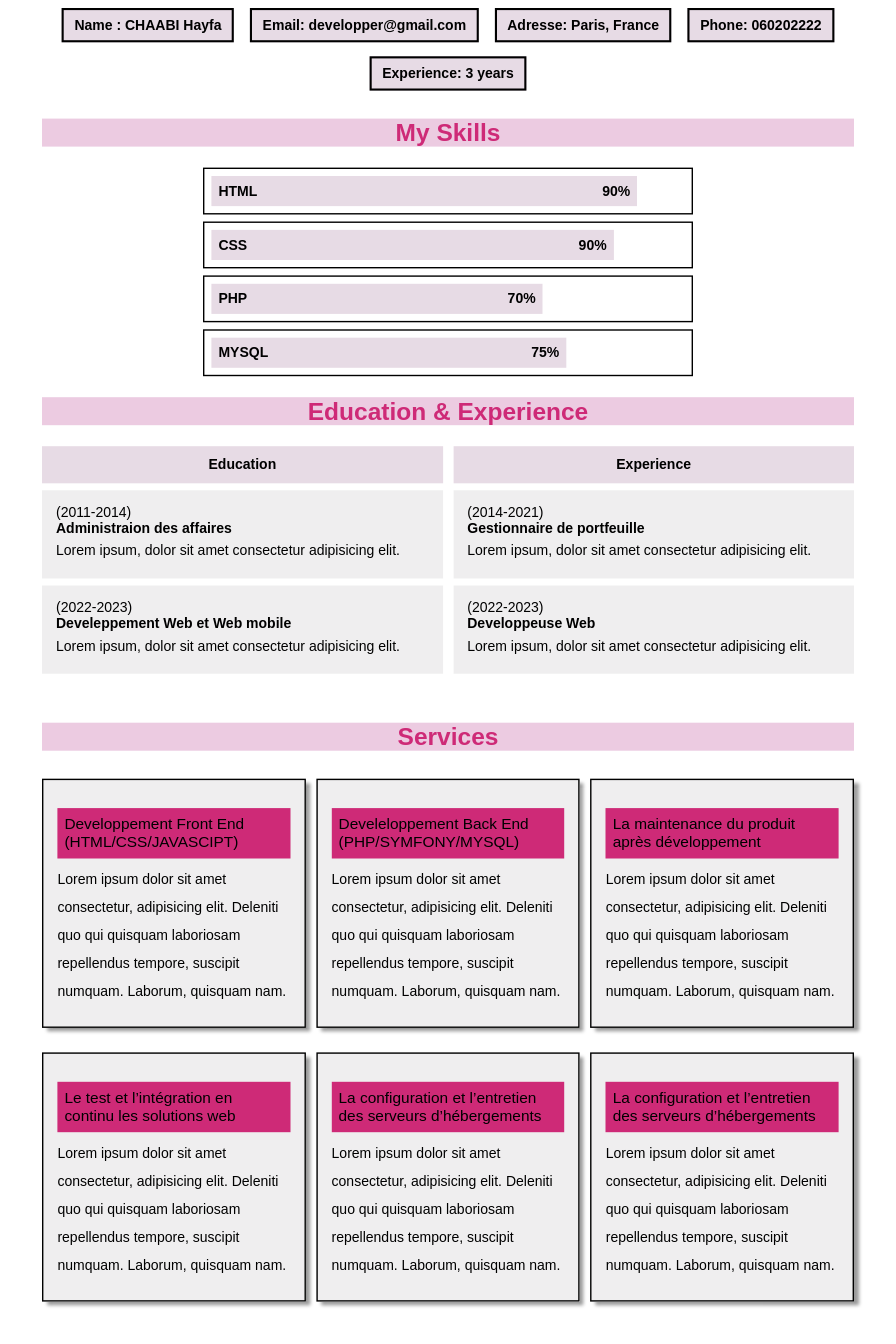
Repository: haifabilel/portfolio_project
Page: http://localhost/
These files come from the project's save history. The page is drawn as it stood at one moment and after a run of saves; the edit follows.
The browser window is 1280 px wide. The pictures show the part of the page from y = 758 to 2678 px (the page is 2678 px tall), at 70% of full size.
Some web fonts or font styles are not loaded; a fallback is used. The page is run by PHP 8.4 with error messages shown; the project is at /var/www/html/.

Above is the page before, as saved 2023-09-17 14:39:31.

### index.php
<!DOCTYPE html>
<html lang="fr">
<head>
    <meta charset="UTF-8">
    <meta name="viewport" content="width=device-width, initial-scale=1.0">
    <title>Portfolio</title>
    <!-- Font awesome cdn -->
    <link rel="stylesheet" href="https://cdnjs.cloudflare.com/ajax/libs/font-awesome/6.4.2/css/all.min.css">
    <!-- css link -->
    <link rel="stylesheet" href="css/style.css"
</head>
<body>
<!-- Header Section Starts -->
<header class="header">
<div id="menu-btn" class="fas fa-bars"></div>

    <a href="#home" class="logo">
       <img src="asset/logo.png" class="logo" alt="image-logo">
    </a>
<nav class="navbar">
    <a href="#home"class="active">Home</a>
    <a href="#about">About me</a>
    <a href="#portfolio">portfolio</a>
    <a href="#contact">Contact me</a>
</nav>
<div class="follow">
<a href="#" class="fab fa-facebook"></a>
<a href="#" class="fab fa-twitter"></a>
<a href="#" class="fab fa-instagram"></a>
<a href="#" class="fab fa-linkedin"></a>
<a href="#" class="fab fa-github"></a>
</div>
</header>

<!-- Header Section Ends -->
<!-- Home Section Starts -->
<section class="home" id="home">
    <div class="image">
        <img src="asset/photo-femme.jpg" alt="photo-femme" class="image-profil" >
    </div>
 <div class="content">
    <h1>Welcome, i am hayfa</h1>
    <p class="developper">Web Developper</p>
    <p>Lorem, ipsum dolor sit amet consectetur adipisicing elit. Placeat in molestias fuga voluptatem qui reiciendis vero doloribus consequatur recusandae! Natus.</p>
    <a href="#about" class="btn">About me</a>
 </div>
</section>
<!-- Home Section Ends -->
<!-- about Section Starts -->
<section class="about"  id="about">
    <h2 class="myBio">Biography</h2>
    <div class="biography">
        <p>Lorem ipsum dolor sit amet consectetur adipisicing elit.
             Fugiat quas quis eius cupiditate ducimus ut id maxime sunt nobis magni? </p>
        <h3> Name : CHAABI Hayfa </h3>
        <h3> Email: developper@gmail.com </h3>
        <h3> Adresse: Paris, France </h3>
        <h3> Phone: 060202222 </h3>
        <h3> Experience: 3 years </h3>
    </div>
<div class="skills">
<h2 class="myskills">My Skills</h2>
<div class="progress">
    <div class="bar"><h3><span>HTML</span><span>90%</span></h3></div>
    <div class="bar"><h3><span>CSS</span><span>90%</span></h3></div>
    <div class="bar"><h3><span>PHP</span><span>70%</span></h3></div>
    <div class="bar"><h3><span>MYSQL</span><span>75%</span></h3></div>
</div>
</div>

<div class="education_experienes">
     <h2 class="myskills">Education & Experience</h2>
    <div class="row">
        <div class="box_container">
            <h3 class="titre">Education</h3>
            <div class="box">
                <span>(2011-2014)</span>
                <h4>Administraion des affaires</h4>
                <p>Lorem ipsum, dolor sit amet consectetur
                    adipisicing elit.</p>
            </div>

            <div class="box">
                <span>(2022-2023)</span>
                <h4>Develeppement Web et Web mobile</h4>
                <p>Lorem ipsum, dolor sit amet consectetur
                    adipisicing elit.</p>
            </div>
        </div>

        <div class="box_container">
            <h3 class="titre">Experience</h3>
            <div class="box">
                <span>(2014-2021)</span>
                <h4>Gestionnaire de portfeuille</h4>
                <p>Lorem ipsum, dolor sit amet consectetur
                    adipisicing elit.</p>
            </div>

            <div class="box">
                <span>(2022-2023)</span>
                <h4>Developpeuse Web</h4>
                <p>Lorem ipsum, dolor sit amet consectetur
                    adipisicing elit.</p>
            </div>
        </div>
    </div>
</div>
</section>
<!-- about Section Ends -->
<!-- Services Section starts -->
<section class="services" id="services">
<h2 class="myservice">Services</h2>
<div class="box-container">
    <div class="box">
        <h3>Developpement Front End (HTML/CSS/JAVASCIPT)</h3>
        <p>Lorem ipsum dolor sit amet consectetur, adipisicing elit. Deleniti quo qui quisquam laboriosam repellendus tempore,
            suscipit numquam. Laborum, quisquam nam.</p>
    </div>

    <div class="box">
        <h3>Develeloppement Back End (PHP/SYMFONY/MYSQL)</h3>
        <p>Lorem ipsum dolor sit amet consectetur, adipisicing elit. Deleniti quo qui quisquam laboriosam repellendus tempore,
            suscipit numquam. Laborum, quisquam nam.</p>
    </div>

    <div class="box">
        <h3>La maintenance du produit après développement</h3>
        <p>Lorem ipsum dolor sit amet consectetur, adipisicing elit. Deleniti quo qui quisquam laboriosam repellendus tempore,
            suscipit numquam. Laborum, quisquam nam.</p>
    </div>
    <div class="box">

        <h3>Le test et l’intégration en continu les solutions web</h3>
        <p>Lorem ipsum dolor sit amet consectetur, adipisicing elit. Deleniti quo qui quisquam laboriosam repellendus tempore,
            suscipit numquam. Laborum, quisquam nam.</p>
    </div>
    <div class="box">
        <h3>La configuration et l’entretien des serveurs d’hébergements</h3>
        <p>Lorem ipsum dolor sit amet consectetur, adipisicing elit. Deleniti quo qui quisquam laboriosam repellendus tempore,
            suscipit numquam. Laborum, quisquam nam.</p>
    </div>
    <div class="box">
        <h3>La configuration et l’entretien des serveurs d’hébergements</h3>
        <p>Lorem ipsum dolor sit amet consectetur, adipisicing elit. Deleniti quo qui quisquam laboriosam repellendus tempore,
            suscipit numquam. Laborum, quisquam nam.</p>
    </div>
</div>
</section>



<!-- Services Section ends -->











<script src="js/script.js"></script>
</body>
</html>

### css/style.css
@import url('https://fonts.googleapis.com/css2?family=Crimson+Text:wght@400;600&family=EB+Garamond:wght@400;500;600&family=Lora:ital@1&family=Nanum+Myeongjo:wght@400;700;800&family=Poppins:ital,wght@1,200;1,300;1,400;1,500&display=swap');
:root{
    --black:#000;
    -white:#fff;
    --pinkLight:#ce2a77;
    --pink:#8e6787;
    --light-bg:#eccbe1;
    --light-bg2:#dccad8ab;
    --border-bold:.4rem solid var(--pink);
    --box--shadow:7px 6px 5px 0px rgba(0,0,0,0.4);
}
*{
    font-family: 'EB Garamond', 'Arial',' sans-serif';
    margin: 0;
    padding:0;
    box-sizing: border-box;
    outline:none;
    border:none;
    text-decoration:none;

}
*{
    background-color: var(--white);

}
*::-webkit-scrollbar{
    height:.5rem;
    width:1rem;
   }
*::-webkit-scrollbar-track{
    background-color: transparent;
}
*::-webkit-scrollbar-thumb{
    background-color: var(--pink);
}
html{
    font-size:62.5%;
    overflow-x: hidden;
    scroll-behavior: smooth;
}
section{
    padding:3rem 2rem;
    margin:0 auto;
    max-width:1200px;
    text-align: center;

}
body{
margin: 20px;
 overflow: hidden;
 transition:.2s linear !important;
 text-align: center;
}
body.active{
  padding-left:35rem;
}

/* <!-- Body Section Ends --> */
/* <!-- Header Section Starts --> */
.header{
    position:fixed;
    top:0;left:-35rem;
    height:100vh;
    background-color:var(--white);
    border-right:var(--border-bold);
    width:35rem;
    padding:3rem 2rem;
    text-align:center;
    display: flex;
    align-items: center;
    justify-content: space-between;
    flex-flow: column;
    transition:.2s linear !important;
    text-align: center;

}
header .navbar{
    width: 100%;


}
header .navbar a{
    text-decoration: none;
    font-size: 2.5rem;
    padding:1.5rem;
    margin:3rem;
    display:block;

}
header .navbar a.active,
header .navbar a:hover{
 background-color: #f0aae46b;
 transform: scale(1.2);
}
.header .follow a{
    font-size:2.5rem;
    margin:0 1rem;
    color:#8a427d;
}
.header .follow a:hover{
    transform: scale(2.1);
}
#menu-btn{
   position: absolute;
   top:0; right:-5.5rem;
   height:4.5rem;
   line-height: 4.5rem;
   width:5rem;
   font-size: 3rem;
   cursor: pointer;
   color: var(--white);
}
.logo{
    margin-top: -30px;
    height: 190px;
}
header.active{
   left:0;
}
/* Header Section Ends */
 /* Home Section Starts  */
.home{
    margin-top:-70px;
    margin-bottom: -50px;
    display:flex;
    align-items: center;
    flex-wrap:wrap;
    gap:2rem;
    min-height: 100vh;
}
h1{
    font-size: 5rem;
    text-transform:capitalize;
}

.developper{
    color:#8a427d;
    font-size: 4rem;
}
p{
    font-size: 2rem;
}
.home .image img{
    height:45rem;
    padding:1rem;
    margin:30px;
    border :5px solid black;

}
.home .image{
    flex:1 1 40rem;
}
.home .content{
    flex:1 1 40rem;
}
.btn{
    display: inline-block;
    margin-top:1rem ;
    cursor: pointer;
    padding:1rem 3rem;
    background-color: #8a427d;
    color:#fff;
    border-radius: 5px;
    font-size: 2.5rem;
}
.btn:hover{
    transform: scale(1.1);
    transition: 0.5s;
}
/* Home Section Ends */
/* About section starts */
h2{

    margin-bottom:3rem;
    text-align: center;
    font-size: 3.5rem;
    color: var(--pinkLight);
    background-color: var(--light-bg);

}
h3{
    font-size: 2rem;
}
.biography p{
    margin:1rem auto;
    max-width:70rem;
    line-height:1.5rem;
    font-size:1.7rem;
    font-size: large;
}
.biography{
    margin-top: 1rem;
}
.biography h3{
    padding:1rem 1.5rem;
    display: inline-block;
    margin:1rem;
    background-color:var(--light-bg2);
    word-break:break-all;
    font-size:2rem;
    border:3px solid var(--black);
}
/* My Skills part starts */
.about .skills{
    margin:3rem 0;

}
.skills .progress{
  margin-top: 1rem;
}
.skills .progress .bar{
margin:1rem auto;
max-width: 70rem;
border:2px solid black;
padding:1rem;


}
.bar span{
 font-size: 2rem;
}
.skills .progress .bar h3{
    display: flex;
    align-items: center;
    justify-content: space-between;
    background-color: var(--light-bg2);
    padding: 1rem;
}
.skills .progress .bar:nth-child(1) h3{
   width:90%;
}
.skills .progress .bar:nth-child(2) h3{
    width:85%;
 }
 .skills .progress .bar:nth-child(3) h3{
    width:70%;
 }
 .skills .progress .bar:nth-child(4) h3{
    width:75%;
 }
 /* My Skills part ends */
 /* Education & Experience part starts */
 .education_experienes .row{
    display:flex;
    flex-wrap: wrap;
    gap:1.5rem;
 }
 .row .box_container{
   flex:1 1 40rem;
 }
 .box{
    text-align: left;
    margin:1rem 0;
    padding:2rem;
    background-color: #a9a4a92f;

 }
 .titre{
    padding: 1.5rem;
    font-size:2rem;
    background-color:var(--light-bg2);
 }
 .box h4{
    font-size:2rem;
 }
 .box span{
    font-size:2rem;
 }
/* About section ends */
/* Section SServices starts */
.services .box-container{
    display:grid;
    grid-template-columns: repeat(auto-fit, minmax(30rem,1fr));
    gap:1.5rem;
    align-items:flex-start;
}
.services .box-container .box{
 padding: 3rem 2rem;
 border: 2px solid black;
 box-shadow: var(--box--shadow);
}
.services .box-container .box:hover{
    background-color: #00000076;
    color: white;

}

.box h3{
    margin:1rem 0;
    font-size:2.2rem;
    padding:1rem;
    background-color: var(--pinkLight);
    font-weight: normal;
}
.box p{
    line-height:2 ;
    font-size:2rem;
}

/* Section SServices ends */







/* media queries */
@media screen and (max-widht:991px){
    html{
        font-size: 55%;
    }
    body .active{
        padding-left: 0;
    }

}

@media screen and (max-widht:450px){

    html{
        font-size: 50%;
    }
    .header.active{
        padding-top:7rem;
    }
    #menu-btn.fa-times{
        right:0;
    }
    .home .image img{
     height:auto;
     width:100%;

    }

    .content h1{
        font-size:2rem;
    }
     h2{
        font-size: 1rem;
        margin-top:50px;
    }
   }

### js/script.js
let menu = document.querySelector('#menu-btn');
let header = document.querySelector('.header');

// Button toggle
menu.onclick = () =>{
   menu.classList.toggle('fa-times');
   header.classList.toggle('active');
   document.body.classList.toggle('active');
}

window.onscroll = () =>{
    if(window.innerWidth < 991){
        menu.classList.remove('fa-times');
        header.classList.remove('active') ;
        document.body.classList.remove('active');
    }
}

After the next 3 saves:
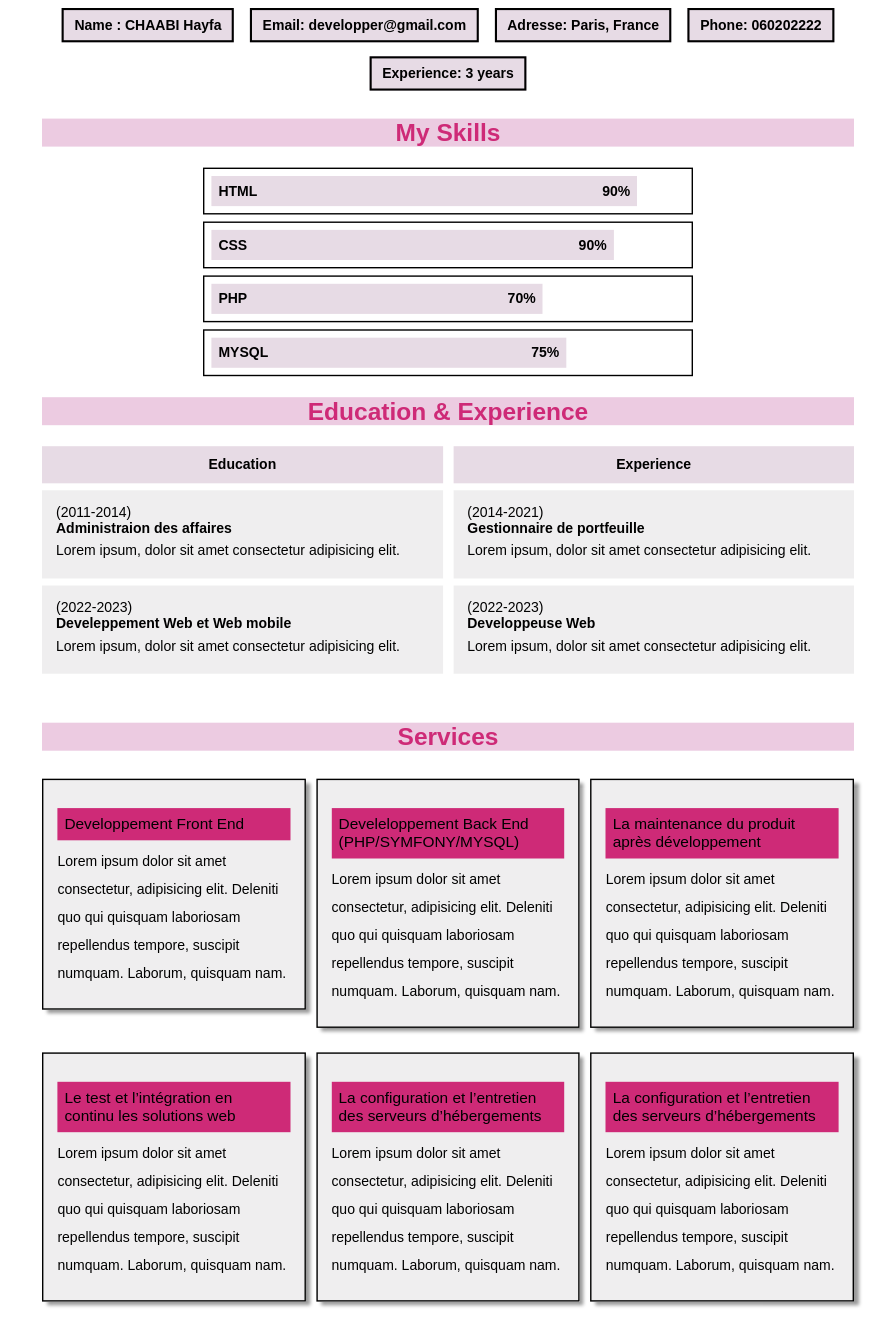
The 3 saves are shown as one change because they came seconds apart.
The last was saved 2 min 18 s later.
--- a/index.php
+++ b/index.php
@@ -113,7 +113,9 @@
 <h2 class="myservice">Services</h2>
 <div class="box-container">
     <div class="box">
-        <h3>Developpement Front End (HTML/CSS/JAVASCIPT)</h3>
+        <h3>Developpement Front End
+            <i></i>
+        </h3>
         <p>Lorem ipsum dolor sit amet consectetur, adipisicing elit. Deleniti quo qui quisquam laboriosam repellendus tempore,
             suscipit numquam. Laborum, quisquam nam.</p>
     </div>
